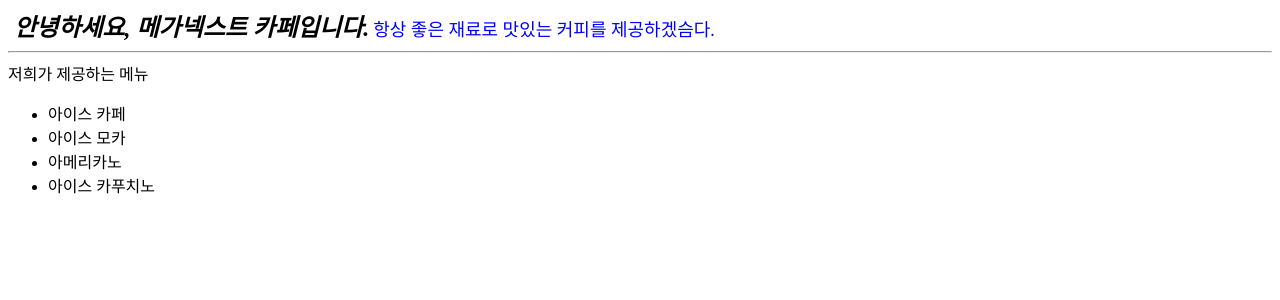
Repository: chuni90/bigdata
Page: 2. Java DB/Oracle/tutorial_01/WebContent/menu.html
The author's editor kept a copy of each file at every save. The page is drawn from the files as they stood at one save, then again after the next save.
The browser window is 1280 px wide. The pictures show the whole page.

Above is the page before, as saved 2019-09-23 02:25:24.

After the next save:
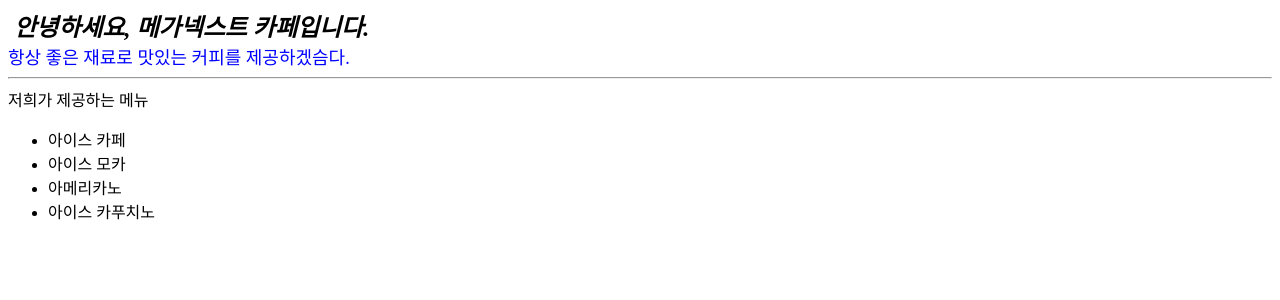
Saved 83 s later.
--- a/2. Java DB/Oracle/tutorial_01/WebContent/menu.html
+++ b/2. Java DB/Oracle/tutorial_01/WebContent/menu.html
@@ -14,7 +14,7 @@
 		<font> : 글꼴과 관련된 태그
 			- 속성(attribute) : size
 		-->
-	<b><i><font size="5"> &nbsp;안녕하세요, 메가넥스트 카페입니다.</font></i></b>
+	<b><i><font size="5"> &nbsp;안녕하세요, 메가넥스트 카페입니다.</font></i></b><br>
 		<font size = "4" color = "blue"> 항상 좋은 재료로 맛있는 커피를 제공하겠슴다.</font>
 		<hr>
 		저희가 제공하는 메뉴<br>
